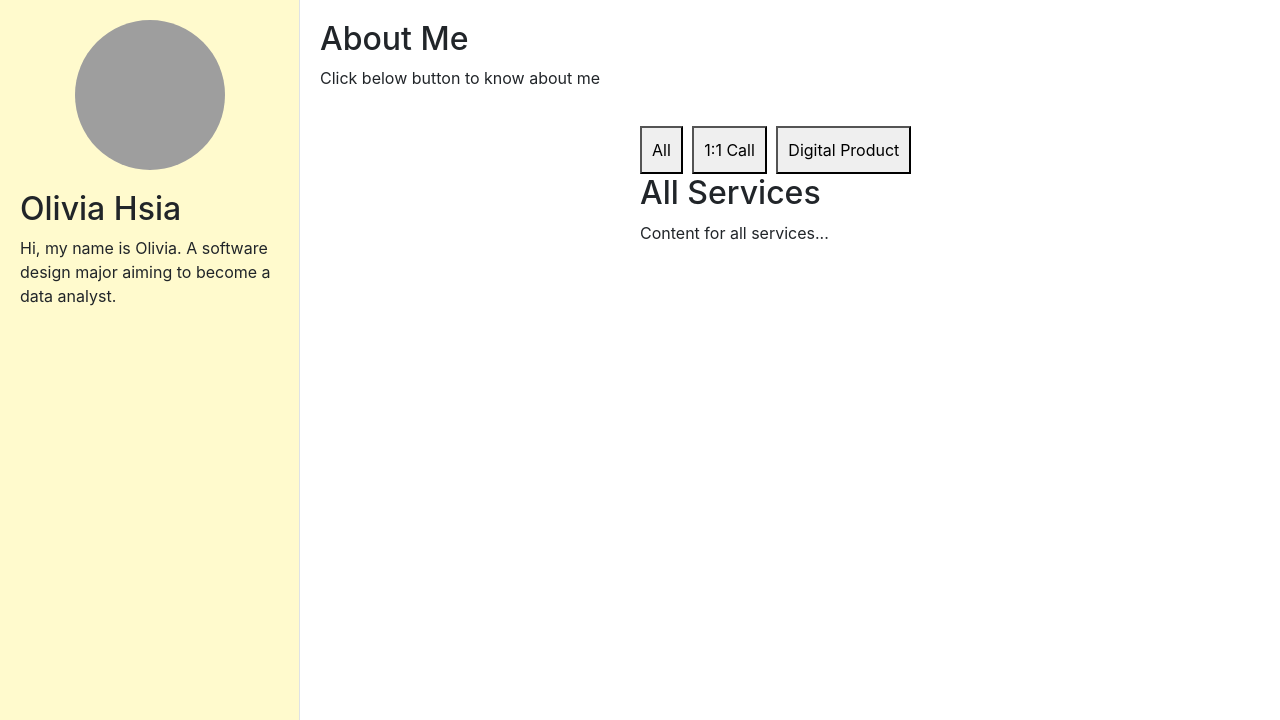
Repository: oliviahsia/FinalProject
Page: src/main/webapp/WEB-INF/main.html
These files come from the project's save history. The page is drawn as it stood at one moment and after a run of saves; the edit follows.
The browser window is 1280 px wide. The pictures show the whole page.
Pictures or frames that could not be fetched are drawn as grey boxes. An inner scrolling area shows only its first screen. Some web libraries are served in a nearby version.

Above is the page before, as saved 2024-03-08 22:37:17.

### src/main/webapp/WEB-INF/main.html
<!DOCTYPE html>
<html lang="en">

<head>
  <meta charset="UTF-8">
  <meta name="viewport" content="width=device-width, initial-scale=1.0">
  <title>Olivia's Portfolio</title>

  <!-- Bootstrap CSS -->
  <link rel="stylesheet" href="https://stackpath.bootstrapcdn.com/bootstrap/4.5.2/css/bootstrap.min.css">

  <!-- External CSS File -->
  <link rel="stylesheet" href="main.css">
</head>

<body>
  <div class="fixed-left">
    <!-- Content in left column -->
    <img src="https://lh3.googleusercontent.com/a/ACg8ocKWVQM9hWLLmIxDOQ-8DDjxv5seJuP0P7FXzxbhLupS1Ffm=s576-c-no" alt="Olivia Hsia" class="profile-pic">
    <h2>Olivia Hsia</h2>
    <p>Hi, my name is Olivia. A software design major aiming to become a data analyst. </p>
  </div>

  <div class="scrollable-right">
    <!-- Content in right column -->
    <h2>About Me</h2>
    <p>Click below button to know about me</p>

    <div class="scrollable-right">
      <!-- Navigation buttons -->
      <div class="navigation-buttons">
        <button onclick="showSection('all')">All</button>
        <button onclick="showSection('call')">1:1 Call</button>
        <button onclick="showSection('digital')">Digital Product</button>
      </div>

      <!-- Content sections -->
      <div id="all" class="content-section">
        <h2>All Services</h2>
        <p>Content for all services...</p>
      </div>
      <div id="call" class="content-section" style="display: none;">
        <h2>1:1 Calls</h2>
        <p>Content for 1:1 calls...</p>
      </div>
      <div id="digital" class="content-section" style="display: none;">
        <h2>Digital Products</h2>
        <p>Content for digital products...</p>
      </div>
    </div>

    <!-- Add more content as needed to enable scrolling -->
  </div>

  <!-- Bootstrap JS and dependencies (Optional) -->
  <script src="https://code.jquery.com/jquery-3.5.1.slim.min.js"></script>
  <script src="https://cdn.jsdelivr.net/npm/@popperjs/core@2.5.4/dist/umd/popper.min.js"></script>
  <script src="https://stackpath.bootstrapcdn.com/bootstrap/4.5.2/js/bootstrap.min.js"></script>

  <script src="js/script.js"></script>
</body>

</html>

### src/main/webapp/WEB-INF/main.css
/* Custom styles */
body,
html {
  height: 100%;
  margin: 0;
  /* Remove default margin */
}

.fixed-left {
  position: fixed;
  top: 0;
  left: 0;
  width: 300px;
  /* Set the width of the left column */
  height: 100%;
  background-color: #FFFACD;
  /* Goose yellow for the left column */
  border-right: 1px solid #dee2e6;
  /* Optional border */
  overflow-x: hidden;
  /* Prevent horizontal scrollbar */
  padding: 20px;
  /* Optional padding */
}

.profile-pic {
  width: 150px;
  /* Adjust the size as needed */
  height: 150px;
  /* Adjust the size as needed */
  border-radius: 50%;
  /* Makes the image round */
  display: block;
  /* To center the image in the div */
  margin: 0 auto 20px;
  /* Centers the image and adds space below */
}

.scrollable-right {
  margin-left: 300px;
  /* Same as the width of the left column */
  padding: 20px;
  height: 100%;
  overflow-y: auto;
  /* Enable vertical scrollbar if content overflows */
  background-color: #FFFFFF;
  /* White for the right column */
}

.navigation-buttons button {
  padding: 10px;
  margin-right: 5px;
  cursor: pointer;
}

.content-section {
  display: none;
  /* Hide all sections by default */
}

/* Initial visible section */
#all {
  display: block;
}

### src/main/webapp/WEB-INF/js/script.js
function showSection(sectionId) {
  // First Hide all sections
  var sections = document.getElementsByClassName('content-section');
  for (var i = 0; i < sections.length; i++) {
    sections[i].style.display = 'none';
  }

  // Show the selected section
  document.getElementById(sectionId).style.display = 'block';
}

After the next 3 saves:
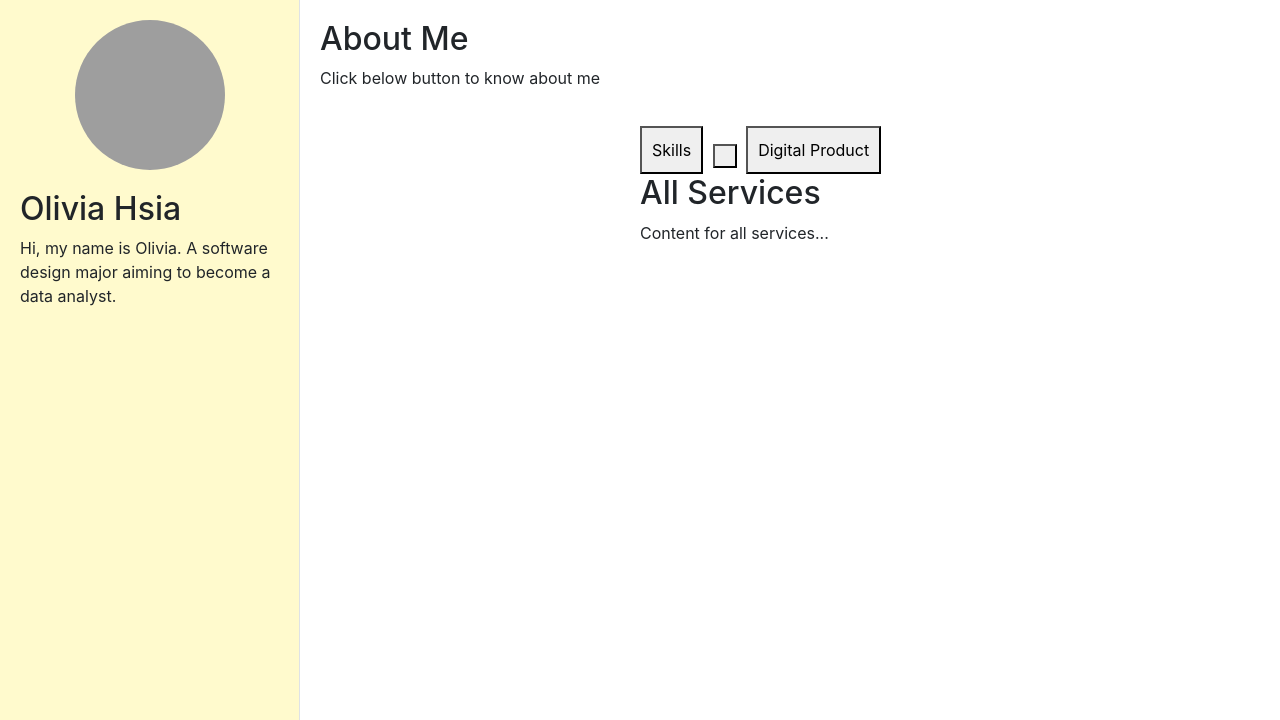
The 3 saves are shown as one change because they came seconds apart.
The last was saved 16 s later.
--- a/src/main/webapp/WEB-INF/main.html
+++ b/src/main/webapp/WEB-INF/main.html
@@ -29,8 +29,8 @@
     <div class="scrollable-right">
       <!-- Navigation buttons -->
       <div class="navigation-buttons">
-        <button onclick="showSection('all')">All</button>
-        <button onclick="showSection('call')">1:1 Call</button>
+        <button onclick="showSection('all')">Skills</button>
+        <button onclick="showSection('call')"></button>
         <button onclick="showSection('digital')">Digital Product</button>
       </div>
 
